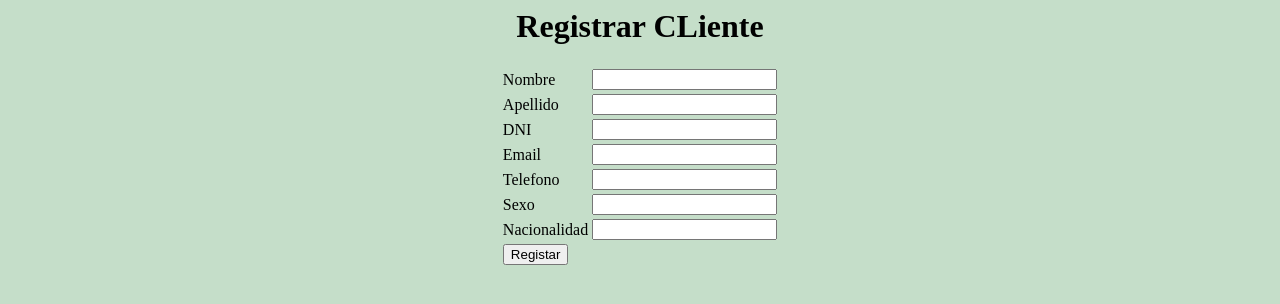
Repository: DaviOsx/LPII_CL2_CHERO_DAVIS
Page: http://localhost/LPII_CL2_CHERO_DAVIS/RegistrarCliente.jsp
The author's editor kept a copy of each file at every save. The page is drawn from the files as they stood at one save, then again after a run of saves.
The browser window is 1280 px wide. The pictures show the whole page.
The page is served by Tomcat 9.

Above is the page before, as saved 2024-06-13 11:43:31.

After the next 2 saves:
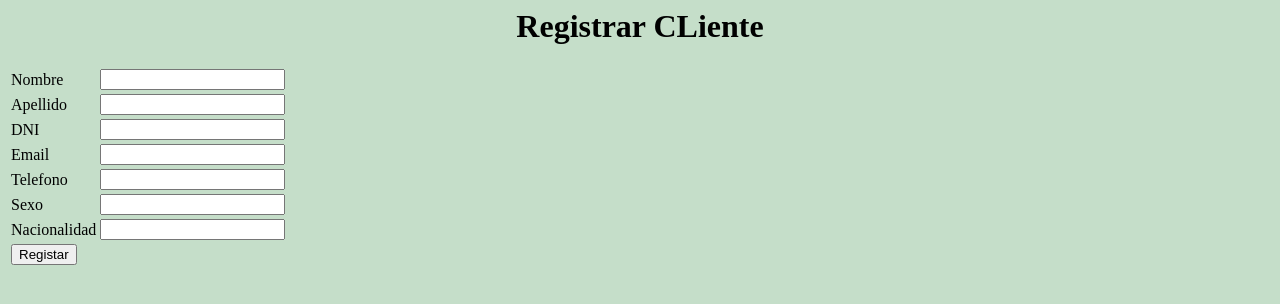
The 2 saves are shown as one change because they came seconds apart.
The last was saved 2 min 48 s later.
--- a/LPII_CL2_CHERO_DAVIS/src/main/webapp/RegistrarCliente.jsp
+++ b/LPII_CL2_CHERO_DAVIS/src/main/webapp/RegistrarCliente.jsp
@@ -15,7 +15,7 @@
 <%-- CREAR FORMULARIO --%>
 <%-- ACTION HACE QUE REGRESE A MI CONTROLADOR CLIENTE --%>
 <form action="ControladorCliente" method="post">
-<table align="center" >
+<table>
 
 <tr>
 <td> Nombre</td>

After the save that followed:
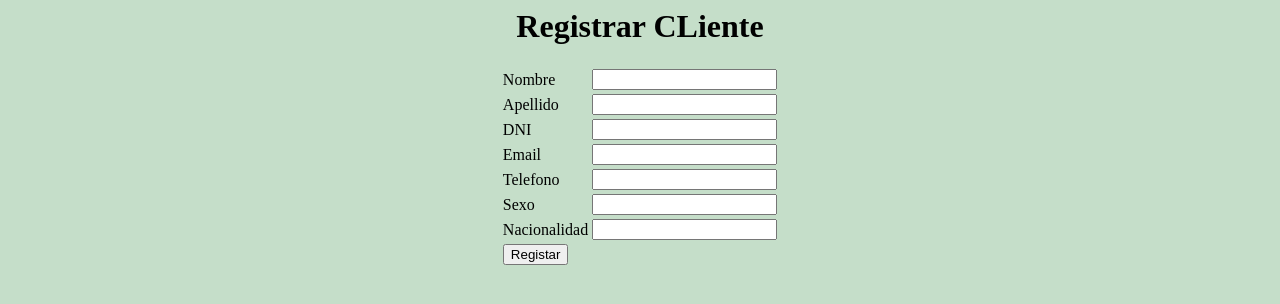
Saved 108 s later.
--- a/LPII_CL2_CHERO_DAVIS/src/main/webapp/RegistrarCliente.jsp
+++ b/LPII_CL2_CHERO_DAVIS/src/main/webapp/RegistrarCliente.jsp
@@ -15,7 +15,7 @@
 <%-- CREAR FORMULARIO --%>
 <%-- ACTION HACE QUE REGRESE A MI CONTROLADOR CLIENTE --%>
 <form action="ControladorCliente" method="post">
-<table>
+<table align="center">
 
 <tr>
 <td> Nombre</td>
